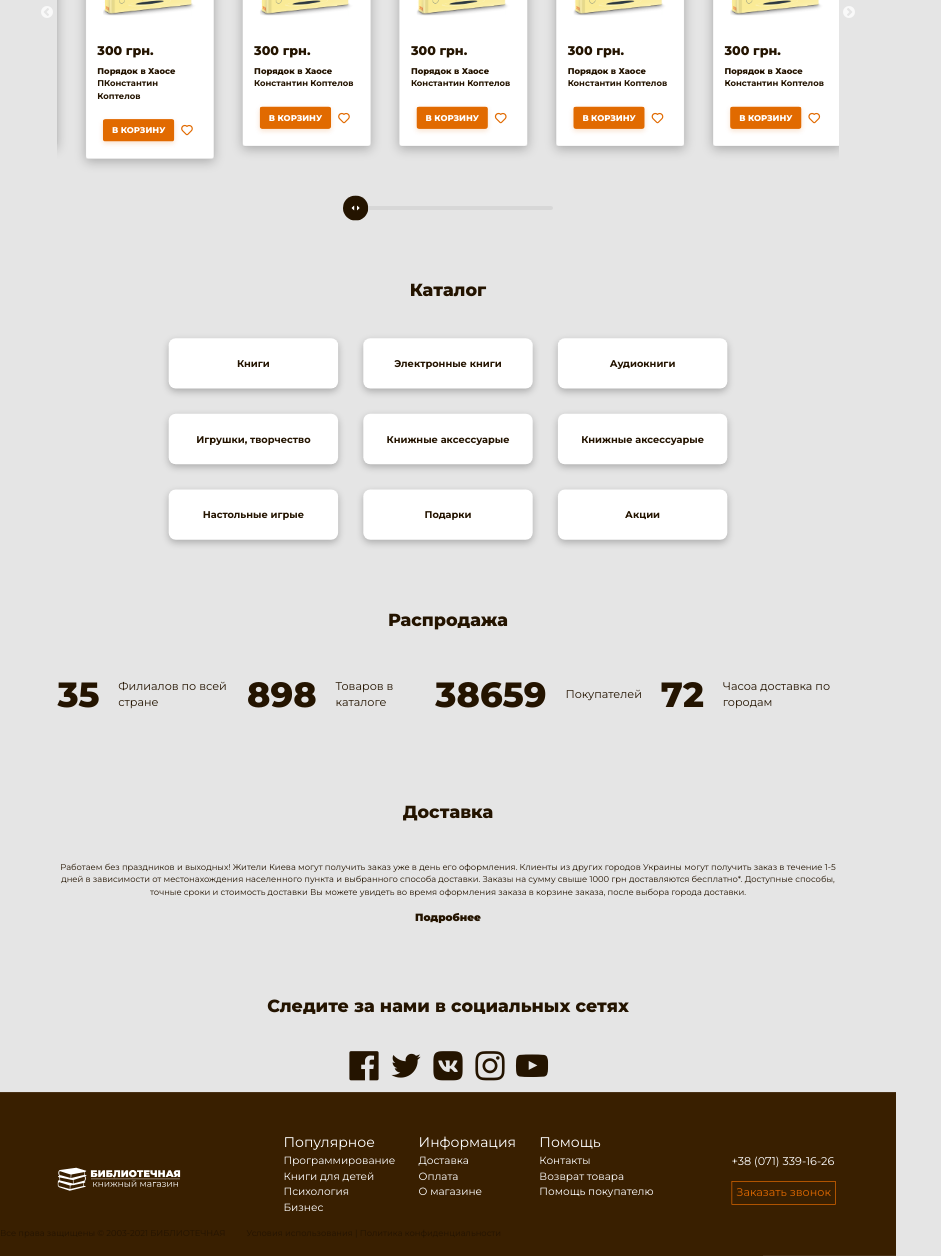
Repository: saidabbasun/Kutubxona
Page: /
These files come from the project's save history. The page is drawn as it stood at one moment and after a run of saves; the edit follows.
The browser window is 1280 px wide. The page is 1344 px wide, so the pictures cover 1344 px, including what lies to the right of the window. The pictures show the part of the page from y = 1853 to 3693 px (the page is 3647 px tall before and 3693 px after), at 70% of full size.
The project was rebuilt for these pictures with package versions that can differ from the ones it lists, and the page was loaded fresh each time.

Above is the page before, as saved 2022-05-30 19:28:31.

### public/index.html
<!DOCTYPE html>
<html lang="en">
  <head>
    <meta charset="utf-8" />
    <link rel="icon" href="%PUBLIC_URL%/favicon.ico" />
    <meta name="viewport" content="width=device-width, initial-scale=1" />
    <meta name="theme-color" content="#000000" />

    <meta
      name="description"
      content="Web site created using create-react-app"
    />
    <link rel="stylesheet" href="https://unicons.iconscout.com/release/v4.0.0/css/line.css">
    <link href="https://cdn.jsdelivr.net/npm/bootstrap@5.0.2/dist/css/bootstrap.min.css" rel="stylesheet" integrity="sha384-EVSTQN3/azprG1Anm3QDgpJLIm9Nao0Yz1ztcQTwFspd3yD65VohhpuuCOmLASjC" crossorigin="anonymous">
    <title>React App</title>
  </head>
  <body>
    <noscript>You need to enable JavaScript to run this app.</noscript>
    <div id="root"></div>
    <script src="https://cdn.jsdelivr.net/npm/bootstrap@5.0.2/dist/js/bootstrap.bundle.min.js" integrity="sha384-MrcW6ZMFYlzcLA8Nl+NtUVF0sA7MsXsP1UyJoMp4YLEuNSfAP+JcXn/tWtIaxVXM" crossorigin="anonymous"></script>
    <script src="https://cdn.jsdelivr.net/npm/@popperjs/core@2.9.2/dist/umd/popper.min.js" integrity="sha384-IQsoLXl5PILFhosVNubq5LC7Qb9DXgDA9i+tQ8Zj3iwWAwPtgFTxbJ8NT4GN1R8p" crossorigin="anonymous"></script>
    <script src="https://cdn.jsdelivr.net/npm/bootstrap@5.0.2/dist/js/bootstrap.min.js" integrity="sha384-cVKIPhGWiC2Al4u+LWgxfKTRIcfu0JTxR+EQDz/bgldoEyl4H0zUF0QKbrJ0EcQF" crossorigin="anonymous"></script>
  </body>
</html>

### src/Components/Home/Home.jsx
import React from 'react'
import Header from './Header'
import Slider from '../../assets/img/Слайдер.png'
import '../../Style/Home/Home.scss';
const Home = () => {
  return (
    <div >
      <Header/>
      <div className="  container aktsiya row" id='Aktsiya'  >

        <div className="col-5">
  <div className="card-body ">
    <h1 className="card-title ">Киниги от  А до Я</h1>
    <p className="card-text">В нашем магазине можно найти книгу на любой вкус. Большой ассортимент. Приятные цены. Интересные сюжеты.</p>
    <a href="#" className="btn btnAksiya">Перейти в каталог</a>

</div>
        </div>
        <div className="col-1"></div>
        <div className="col-6 Slider">
          <img className='Slider' src={Slider} alt="Slider" />
        </div>
      </div>


    </div>
  )
}

export default Home;

### src/Components/Home/Catagory.jsx
import "../../Style/Home/Catagory.scss";

import React from 'react'

import Carusel from "./Carusel";

const Catagory = () => {
  return (
    <div>
       <div className="mt-5 container-xl" id="Catagory">
          <nav class="navbar navbar-expand-xl navbar-light  d-flex align-items-center ">
            <a class="navbar-brand fw-bold">Горячие поступления </a>

            <ul class="navbar-nav mr-auto">
              <li class="nav-item active">
                <a class="nav-link" href="#">
                  Фантастика
                </a>
              </li>
              <li class="nav-item">
                <a class="nav-link" href="#">
                  Саморазвитие
                </a>
              </li>
              <li class="nav-item">
                <a class="nav-link" href="#">
                  Детективы
                </a>
              </li>
              <li class="nav-item active">
                <a class="nav-link" href="#">
                  Детские
                </a>
              </li>
              <li class="nav-item">
                <a class="nav-link" href="#">
                  Аудиокниги
                </a>
              </li>
              <li class="nav-item">
                <a class="nav-link" href="#">
                  Другие
                </a>
              </li>
            </ul>
          </nav>
          <div className="cardWrapper">
          <Carusel/>
          </div>
          </div>
    </div>
  )
}

export default Catagory

### src/Style/Globl/_globl.scss
@import './variable';
@import './font-face.scss';
@import './Media.scss';

*{
    box-sizing: border-box;
    margin: 0;
    padding: 0;
    color: $color_text  ;
    list-style: none;
}
body{
    font-family: Montserrat;
    background: $color_bg;
    color: $color_text;
}
textarea:hover,
input:hover,
textarea:active,
input:active,
textarea:focus,
input:focus,
button:focus,
button:active,
button:hover,
label:focus,
.btn:active,
.btn.active
{
    outline:0px !important;
    -webkit-appearance:none;
    box-shadow: none !important;
}
.container{
    width: 80vw;
    margin: 0 auto;
}
i{
    cursor: pointer;
}

### src/Components/Aktsiya/Aktsiya.jsx
import React from 'react'
import '../../Style/Aktsiya/Aktsiya.scss'
import Carusel from '../Home/Carusel'
const Aktsiya = () => {
  return (
    <div>
        <div className="container-xl pt-5 mt-5" id='Aksiya'>
         <div className="title">
             <p>Распродажа</p>
         </div>
         <Carusel/>

        </div>
    </div>
  )
}

export default Aktsiya

### src/Components/Ctalog/Catalog.jsx
import React from 'react'
  import '../../Style/Catalog/Catalog.scss';
const Catalog = () => {

 const  listItem=['Книги','Электронные книги','Аудиокниги','Игрушки, творчество','Книжные аксессуарые','Книжные аксессуарые','Настольные игрые','Подарки','Акции']
  return (
    <div className=' container-xl  mt-5' id='Katalog'>
        <div className="title   pt-5">
            <p>Каталог</p>
        </div>
        <div className="CatalogWrapper" >
          {listItem.map((text,ind)=>(

      <button key={ind} className='Button '><a className='btnText' href="#">{text}</a></button>



          ))}
          </div>
        </div>

  )
}

export default Catalog

### src/Components/About/About.jsx
import React from 'react'
import '../../Style/About/Abot.scss'
const About = () => {
  return (

           <div className="container-xl pt-5 mt-5" id='About'>
         <div className="title">
             <p>Распродажа</p>
         </div>
         <div className="Wrapper">
             <p className="Namber">
                 35
             </p>
             <p className="Text">
             Филиалов по всей стране
             </p>
             <p className="Namber">
                 898
             </p>
             <p className="Text">
             Товаров в каталоге
             </p>
             <p className="Namber">
                 38659
             </p>
             <p className="Text">
             Покупателей
             </p>
             <p className="Namber">
                 72
             </p>
             <p className="Text">
             Часоа доставка по городам
             </p>
         </div>
    </div>
  )
}

export default About

### src/Components/Dastafka/Dastafka.jsx
import React from 'react'
import '../../Style/Dastafka/Dastafka.scss'
const Dastafka = () => {
  return (
    <div className="container-xl pt-5 mt-5" id='About'>
    <div className="title">
        <p>Доставка</p>
    </div>
    <div className="d_Text">
        <p>Работаем без праздников и выходных! Жители Киева могут получить заказ уже в день его оформления. Клиенты из других городов Украины могут получить заказ в течение 1-5 дней в зависимости от местонахождения населенного пункта и выбранного способа доставки. Заказы на сумму свыше 1000 грн доставляются бесплатно*. Доступные способы, точные сроки и стоимость доставки Вы можете увидеть во время оформления заказа в корзине заказа, после выбора города доставки.


</p>
<a href="#" className='d_link'>Подробнее</a>
    </div>
    </div>
  )
}

export default Dastafka

### src/Components/Blog/Blog.jsx
import '../../Style/Blog/Blog.scss';
import React from 'react'

const Blog = () => {
  return (

         <div className="container-xl pt-5 mt-5" id='About'>
    <div className="title">
        <p>Следите за нами в социальных сетях</p>
    </div>

    <div className="Blog">
        <a href="#"><i class="uil uil-facebook blogIcon "></i></a>
        <a href="#"><i class="uil uil-twitter blogIcon"></i></a>
        <a href="#"><i class="uil uil-vk blogIcon"></i></a>
        <a href="#"><i class="uil uil-instagram blogIcon"></i></a>
        <a href="#"><i class="uil uil-youtube blogIcon"></i></a>
    </div>
 </div>
  )
}

export default Blog

### src/Components/Footer/Footer.jsx
import '../../Style/Footer/Footer.scss';
import React from 'react'
import Logo from '../../assets/icon/FooterLogo.svg'

const Footer = () => {
  return (
    <div className='Footer'>
        <div className="GridItem  container-xl">

       <div>
       <img src={Logo} alt="" />
       </div>

      <div className="List">
        <ul>
            <li>Популярное</li>
            <li> Программирование</li>
            <li>Книги для детей</li>
            <li> Психология</li>
            <li> Бизнес</li>
        </ul>
        <ul>
            <li>Информация</li>
            <li>  Доставка  </li>
            <li> Оплата</li>
            <li>  O магазине</li>

        </ul>
        <ul>
            <li>Помощь</li>
            <li>  Контакты</li>
            <li> Возврат товара</li>
            <li> Помощь покупателю</li>

        </ul>
        </div>
        <div className="Tel">
            <p className="TelNumber">
            +38 (071) 339-16-26
            </p>
            <a href="#"><button className='tel_Btn   '>Заказать звонок</button></a>
        </div>
        </div>
        <div className="footerBootomText">
            <p>Все права защищены © 2003-2021 БИБЛИОТЕЧНАЯ </p>
            <p> Условия использования | Политика конфиденциальности</p>
        </div>
    </div>
  )
}

export default Footer

### src/Components/Home/Header.jsx

import React  from 'react'
import Logo  from '../../assets/icon/Logo.svg'
import Menu from '../../assets/icon/Menu.svg'
import '../../Style/Home/Header.scss'
const Header = () => {
  return (
    <div className='header'>
    <nav className="navbar container-xl justify-content-around navbar-expand-lg navbar-light ">
  <a className="navbar-brand" href="#">
    <img src={Logo} alt="logo" />
  </a>



    <ul className="navbar-nav ">
      <li className="nav-item active">
        <a className="nav-link" href="#">Акции </a>
      </li>
      <li className="nav-item">
        <a className="nav-link" href="#">Каталлог</a>
      </li>
      <li className="nav-item ">
        <a className="nav-link" href="#">Доставка </a>
      </li>
      <li className="nav-item">
        <a className="nav-link" href="#">О магазине</a>
      </li>

      <li className="nav-item">
        <a className="nav-link " href="#">Блог</a>
      </li>
    </ul>

  <form className="  searchForm">
  <i className="uil uil-search"></i>
      <input className="form-control" type="search" placeholder=" Поиск" aria-label="search"/>

    </form>
    <div className='heartCart d-flex  '>
    <i className="uil uil-heart"></i>
    <div className="cart d-flex align-items-center">
    <i className="uil uil-shopping-cart"></i>
    <div className="dropdown">
  <button  className="btn  dropdown-toggle"  id="dropdownMenuButton1" data-bs-toggle="dropdown" aria-expanded="false">
  2 228 грн.  </button>
  <ul className="dropdown-menu" aria-labelledby="dropdownMenuButton1">
    <li><a className="dropdown-item" href="#">2 228 грн.</a></li>
    <li><a className="dropdown-item" href="#">3 228 грн.</a></li>
    <li><a className="dropdown-item" href="#"> 228 грн.</a></li>
  </ul>
</div>
</div>

        </div>
        <img className='menu  d-xxl-none ' src={Menu} alt="Menu" />
</nav>
</div>

  )
}

export default Header

### src/Style/Home/Home.scss
@import '../Globl/variable';
#Aktsiya{

   display: flex;
   align-items: center;
   justify-content: center;
   padding-top: 161px;
   padding-bottom:80px ;



.card-title{
    font-family: MontserratBolt;
    font-weight: 900;
font-size: 36px;
font-style: normal;
}

.btn{
    font-family: MontserratBolt;
background-color: $color_HeartCart;
font-weight: 900;
font-size: 15px;
color: $color_white;
}
}

### src/Style/Home/Catagory.scss
@import '../Globl/variable';


    .cardWrapper{
     padding: 50px   0 ;

    }

    .card{

          margin: 20px 0 20px 40px;
    max-width: 184px;
    box-shadow: 0px 4px 15px rgba(0, 0, 0, 0.25);
}
.card-title{
    font-family: MontserratBolt;
    font-weight: 700;
font-size: 18px;
}
.card-text{
    font-weight: 700;
font-size: 12px;
}
.bookName{
    font-family: MontserratBolt;
    font-style: normal;
font-weight: 700;
font-size: 12px;
}
.btn{
    font-family: MontserratBolt;
    background-color:$color_HeartCart ;
    box-shadow: 0px 3px 8px rgba(225, 106, 0, 0.19);
    color: $color_white;
    font-weight: 900;
font-size: 12px;
text-transform: uppercase;
}
i{
    font-size: 20px;
    color: $color_HeartCart;
}

.scrollInput{
  margin-top: 47px;
  width: 100%;
  display: flex;
  justify-content: center;
}


input[type="range"] {
  -moz-appearance: none;
  -webkit-appearance: none;
  background: #D7D7D7;
  border-radius: 3px;
  height: 6px;
  width: 300px;
  cursor: pointer;
}
  input[type="range"]::-webkit-slider-thumb {
    appearance: none;
    -webkit-appearance: none;
    background-color:$color_text;
    background-image: url("data:[embedded picture, 262 characters]");
    background-position: center;
    background-repeat: no-repeat;
    border: 0;
    border-radius: 50%;
    cursor: pointer;
    height: 36px;
    width: 36px;
  }


  input[type="range"]::-moz-focus-outer {
    border: 0;
  }

### src/Style/Globl/_variable.scss
// colorcolor_HeartCart
$color_white:#FFFFFF;
$color_bg:#E5E5E5;
$color_border: rgba(105, 103, 100, 0.59);
$color_HeartCart:#E16A00;
$color_text:#241400;
$color_footer:#391F00;

### src/Style/Globl/font-face.scss


@font-face {
    font-family:MontserratBolt ;

    src:  url('../../assets/fontFamily/Montserrat/static/Montserrat-ExtraBold.ttf');
  }
  @font-face {
    font-family:Montserrat ;

    src:  url('../../assets/fontFamily/Montserrat/Montserrat-VariableFont_wght.ttf');
  }

### src/Style/Globl/Media.scss
@import './variable';


// Tablet media query

@media (max-width: 992px) {


    .navbar-nav{
    display: none;


    }
   }

### src/Style/Aktsiya/Aktsiya.scss
.title{
    font-weight: 900;
font-size: 25px;
font-family: MontserratBolt;
text-align: center;
margin-bottom: 50px;
}

### src/Style/Catalog/Catalog.scss
@import '../Globl/variable';

.CatalogWrapper{
    max-width: 798px;
    margin: 0 auto;
    display:grid;
    grid-template-columns:repeat(3,1fr);
    gap: 36px;
}
.Button{
    background:$color_white;
box-shadow: 0px 4px 11px rgba(0, 0, 0, 0.25);
border-radius: 10px;
border: none;
padding: 24px 0;
}
.btnText{
text-decoration: none;
 color: $color_text;
    font-weight: 700;
    font-size: 14px;
}

### src/Style/About/Abot.scss
@import '../Globl/variable';

.Wrapper{
    display: flex;
    align-items: center;
    column-gap: 27px;
    justify-content: center;
}
.Namber{
    font-style: normal;
font-weight: 900;
font-size: 50px;
font-family: MontserratBolt;
}

### src/Style/Dastafka/Dastafka.scss
@import '../Globl/variable';
.d_Text{
    font-style: normal;
font-weight: 400;
font-size: 12px;
display: flex;
flex-direction: column;
align-items: center;
text-align: center;

}
.d_link{
    text-decoration: none;
    color: $color_text;
    font-size: 15px;
    font-weight: 900;
}

### src/Style/Blog/Blog.scss
@import '../Globl/variable';
.blogIcon{

    color: $color_text;
    font-size: 50px;
    padding: 5px;

}
.Blog{
    margin-top: -20px;
    text-align: center;
}

### src/Style/Footer/Footer.scss
@import '../Globl/variable';
.Footer{
    padding: 56px 0 8px;
    background-color: $color_footer;

}
.GridItem{
    display: grid;
    grid-template-columns: repeat(3,auto);

    align-items: center;
}
.List{
    font-style: normal;
font-weight: 400;
font-size: 15px;
    display: grid;
grid-template-columns: repeat(3,auto);
padding: 0 110px;

}
li{
    color: $color_white;
}
.Tel{
    display:grid ;
    grid-column: 10px;

}
.TelNumber{
    color: $color_white;
}
.tel_Btn{
    background-color: transparent;
    border: 1px solid $color_HeartCart;
    color: $color_HeartCart;
    padding: 4px 6px;
}

li:nth-child(1) {
        font-size: 20px;
}
.footerBootomText{
    display: flex;
    text-align: center;
    gap:30px;
    font-weight: 400;
font-size: 12px;
color: $color_white;
}

### src/Style/Home/Header.scss
@import '../Globl/variable';

.header{
    position: fixed;
    left: 0;
    right: 0;
    top: 0;
}

.nav-link{
    font-style: normal;
font-weight: 400;
font-size: 12px;
}
.searchForm{
    max-width: 200px;
    display: flex;
    align-items: center;
    border-bottom: 1px solid  $color_border;
    input{
        border: none;
        background: $color_bg;
        font-size: 12px;
    }

    input:focus{
        box-shadow: none;
        background: $color_bg;
    }
}
.heartCart{
gap: 10px;
i{

    color: $color_HeartCart;
    font-size: 40px;

}
}
.dropdown {
    margin-left: -10px;
    button{

        font-size: 14px;
            }
}
.dropdown-menu{
    font-weight: 400;
    font-size: 14px;
    background-color: $color_bg;
}

Loaded but not shown: src/index.js (common file); src/App.js (25 lines, source omitted); src/Components/Home/Carusel.jsx (191 lines, source omitted)

After the next 5 saves:
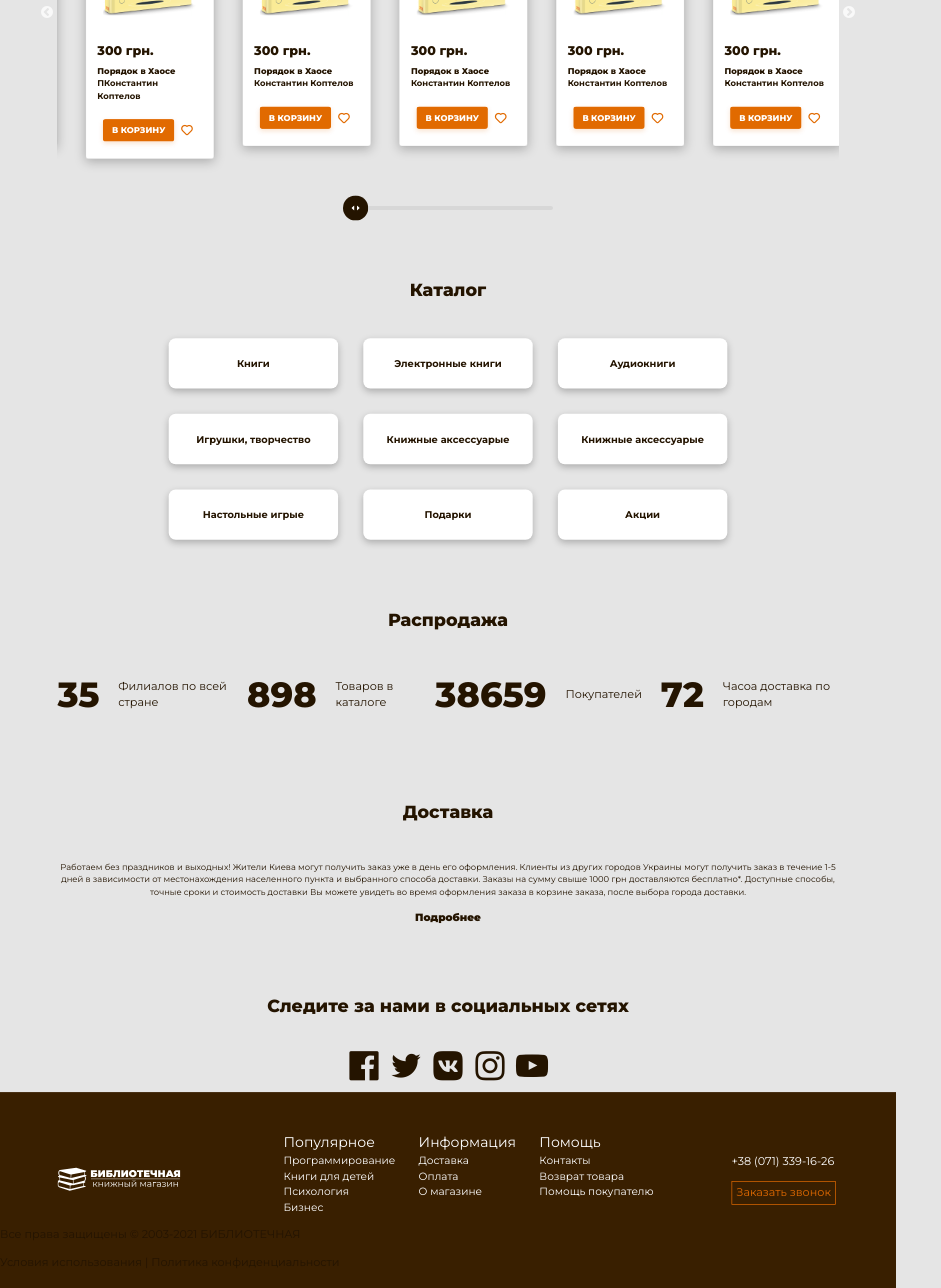
The 5 saves are shown as one change because they came seconds apart.
The last was saved 37 s later.
--- a/src/Components/Footer/Footer.jsx
+++ b/src/Components/Footer/Footer.jsx
@@ -41,9 +41,9 @@ const Footer = () => {
             <a href="#"><button className='tel_Btn   '>Заказать звонок</button></a>
         </div>
         </div>
-        <div className="footerBootomText">
-            <p>Все права защищены © 2003-2021 БИБЛИОТЕЧНАЯ </p>
-            <p> Условия использования | Политика конфиденциальности</p>
+        <div className="footerBootom">
+            <p className='Text'>Все права защищены © 2003-2021 БИБЛИОТЕЧНАЯ </p>
+            <p className='Text'> Условия использования | Политика конфиденциальности</p>
         </div>
     </div>
   )
